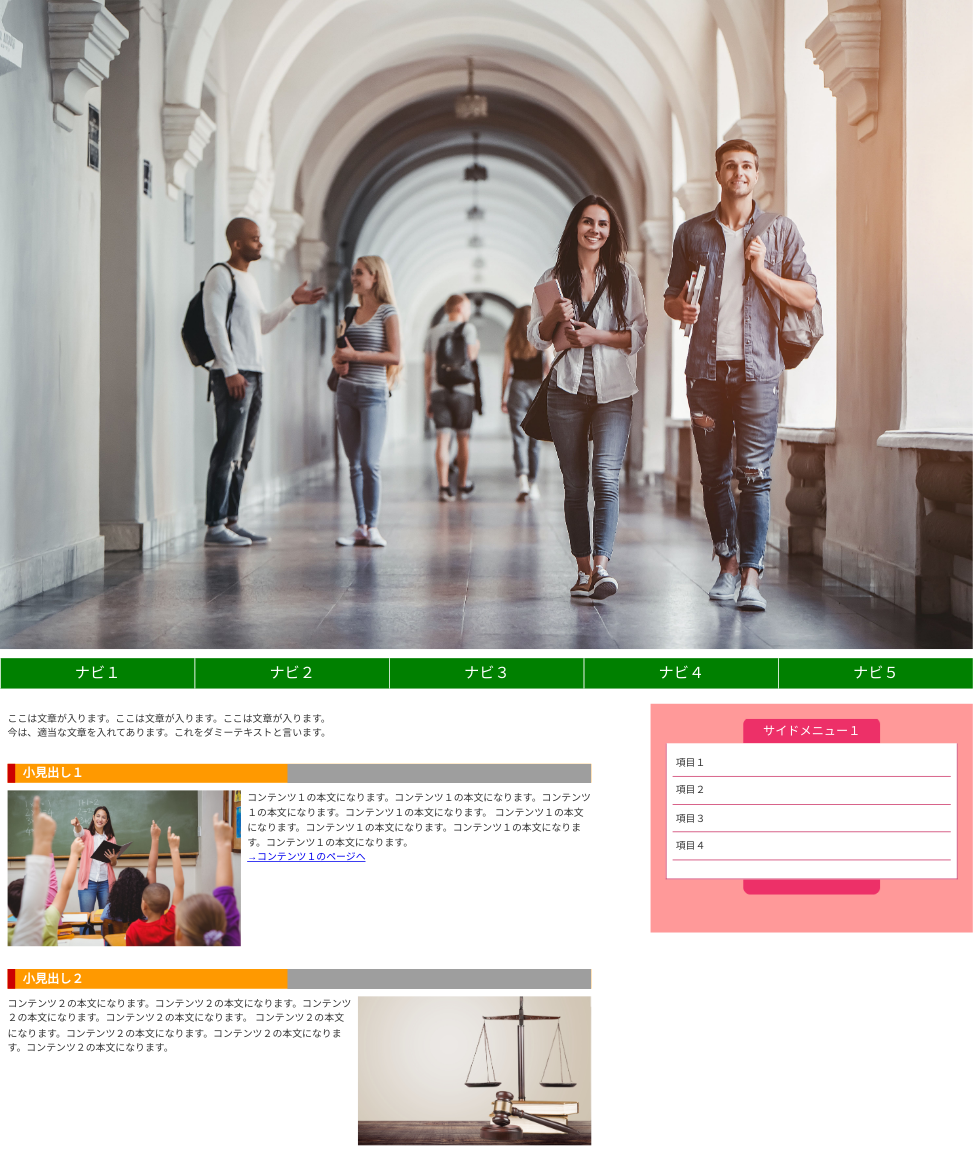
Repository: zuru-2005/samurai_HTML-CSS
Page: home.html
The author's editor kept a record of every edit. The page is drawn from the files as they stood at one moment, then again after the next edit.
The browser window is 1280 px wide. The pictures show the whole page, at 76% of full size.
Pictures or frames that could not be fetched are drawn as grey boxes.

Above is the page before.

### home.html
<!DOCTYPE html>
<html lang="ja">
    <head>
        <meta charset="UTF-8">
        <title>HTML/CSSの学習</title>
        <link rel="stylesheet" href="stylesheet.css">
    </head>
    <body>
        <div id="header">
            <h1><a href="index.html"><img id="corridor" src="images/corridor.jpg" alt="大学の廊下"/></a></h1>
        </div>
        <div id="wrapper">
            <div id="nav">
                <ul>
                    <li><a href="home.html">ナビ１</a></li>
                    <li><a href="#">ナビ２</a></li>
                    <li><a href="#">ナビ３</a></li>
                    <li><a href="#">ナビ４</a></li>
                    <li><a href="#">ナビ５</a></li>
                </ul>
            </div>
            <div id="container">
                <div id="main">
                    <div class="post">
                        <p>ここは文章が入ります。ここは文章が入ります。ここは文章が入ります。<br />今は、適当な文章を入れてあります。これをダミーテキストと言います。</p>
                    </div>
                    <div class="post clearfix">
                        <h2>小見出し１</h2>
                        <img class="left" src="images/classroom.jpg" alt="授業風景" />
                        <p>
                            コンテンツ１の本文になります。コンテンツ１の本文になります。コンテンツ１の本文になります。コンテンツ１の本文になります。
                            コンテンツ１の本文になります。コンテンツ１の本文になります。コンテンツ１の本文になります。コンテンツ１の本文になります。
                        </p>
                        <p><a href="#">→コンテンツ１のページへ</a></p>
                    </div>
                    <div class="post clearfix">
                        <h2>小見出し２</h2>
                        <img class="right" src="images/scale.jpg" alt="天秤" />
                        <p>
                            コンテンツ２の本文になります。コンテンツ２の本文になります。コンテンツ２の本文になります。コンテンツ２の本文になります。
                            コンテンツ２の本文になります。コンテンツ２の本文になります。コンテンツ２の本文になります。コンテンツ２の本文になります。
                        </p>
                    </div>
                </div>
                <div id="side">
                    <div class="box">
                        <h2>サイドメニュー１</h2>
                        <div class="boxBody">
                            <ul>
                                <li>項目１</li>
                                <li>項目２</li>
                                <li>項目３</li>
                                <li>項目４</li>
                            </ul>
                        </div>
                    </div>
                </div>
            </div>
        </div>
    </body>
</html>

### stylesheet.css
@charset "utf-8";

body {
       margin: 0;
       padding: 0;
       font-family: "ヒラギノ角ゴ　Pro W3","Hiragino Kaku Gothinc Pro","メイリオ", Meiryo, Osaka, "MS Pゴシック"、"MS PGothic", sans-serif;
       color: #333;
       font-size: 13px;
       line-height: 150%;
}


/* -------------------- wrapper -------------------- */
#wrapper {
       width: 100%;
       margin: auto;
       padding: 0px;
       background-color: #FFF;
       top: 10px;
       position: relative;
}

/* ------------------- header --------------------- */
#header {
    width: 100%;
}
#header h1 {
    margin: 0;
    padding: 0;
}
#corridor {
    width: 100%;
    height: auto;
}

/*-------------------- footer -------------------- */
#footer {
    clear: both;
    width: 100%;
    padding: 3px 0 3px 0;
    background: #39F;
    color: #FFF;
    font-weight: bold;
    text-align: center;
}

/*-------------------- nav -------------------- */
#nav {
    width: 100%;
}
#nav ul {
    margin: 0;
    padding: 0;
    list-style-type: none;
}
#nav ul li {
    float: left;
    width: 20%;
    text-align: center;
}
#nav ul li a {
    display: block;
    height: 20px;
    margin: 0;
    padding: 10px;
    color: #FFF;
    font-size: 20px;
    text-decoration: none;
    background-color: green;
    border-left: 1px solid white;
}

#nav ul li a:hover {
    filter: drop-shadow(10px 10px 10px black);
}

/*-------------------- container -------------------- */
#container {
    width: 100%;
    margin: auto;
    padding-top: 20px;
    clear: both;
}

/*-------------------- main -------------------- */
#main {
    float: left;
    width: 60%;
    padding: 10px 30px 10px 10px;
}
#main h2 {
    margin: 0 0 10px 0;
    padding: 3px 10px 3px 10px;
    color: #FFF;
    font-size: 16px;
    border-left: solid 10px #C00;
    background: #F90 url(../images/main_h2.jpg) right top repeat-y;
}
#main p {
    margin: 0;
    padding: 0;
}
#main .post {
    margin: 0 0 30px 0;
}
#main .post img.right {
    margin: 0 0 0 8px;
}
#main .post img.left {
    margin: 0 8px 0 0;
}
.right {
    float: right;
    width: 40%;
    height: auto;
}
.left {
    float: left;
    width: 40%;
    height: auto;
}

/* -------------------- clearfix -------------------- */
.clearfix {
    zoom: 1;
}
.clearfix:after {
    content: "";
    display: block;
    clear: both;
}

/* -------------------- side -------------------- */
#side {
    float: right;
    width: 30%;
    padding: 20px;
    background-color: #F99;
}
#side .box {
    margin: 0 auto 30px auto;
    padding: 0 0 20px 0;
    background: url(images/side_box.png) bottom no-repeat;
}
#side .box h2 {
    margin: 0;
    padding: 8px;
    text-align: center;
    color: #fff;
    font-size: 16px;
    line-height: 16px;
    font-weight: normal;
    background: url(images/side_box_h2.png) center no-repeat;
}
#side .box .boxBody {
    padding: 8px;
    border-right: solid 1px #C36;
    border-bottom: solid 1px #C36;
    border-left: solid 1px #C36;
    background: #fff;
}
#side .box .boxBody ul {
    margin: 0 0 16px 0;
    padding: 0;
}
#side .box .boxBody ul li {
    padding: 8px 0 8px 4px;
    list-style: none;
    border-bottom: solid 1px #C36;
}

#side .box .boxBody ul li:hover {
    padding: 8px 0 8px 4px;
    list-style: none;
    boder-bottom: solid 1px #C36;
    box-shadow: 0px 4px 4px rgba(0, 0, 0,0.3);
}

After the next edit:
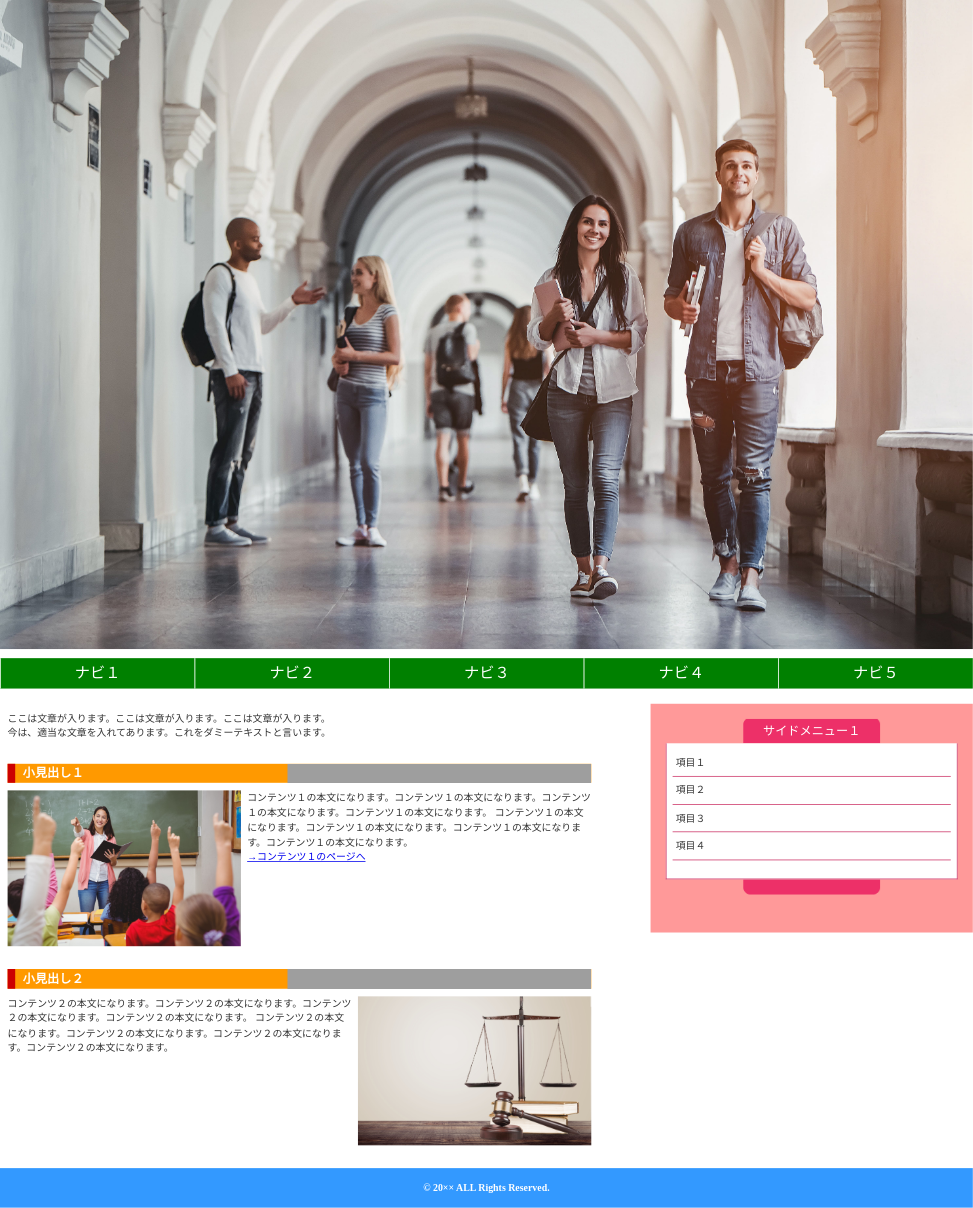
The edit:
--- a/home.html
+++ b/home.html
@@ -57,5 +57,8 @@
                 </div>
             </div>
         </div>
+        <div id="footer">
+            <p>&copy; 20×× ALL Rights Reserved.</p>
+        </div>
     </body>
 </html>
